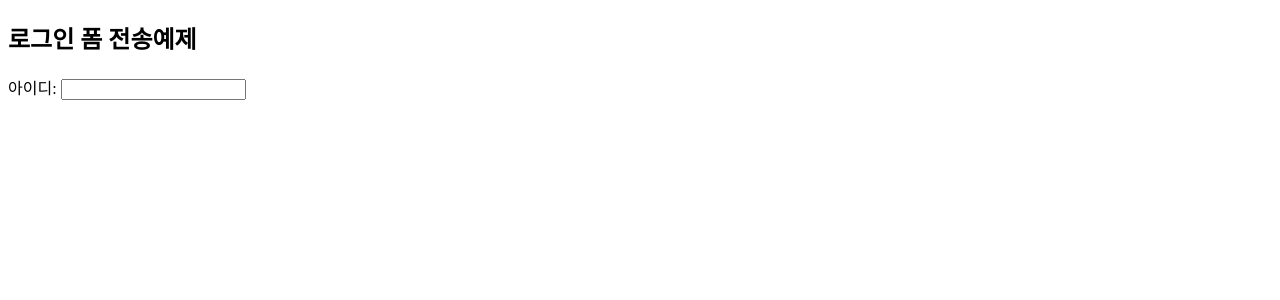
Repository: sieoh/2024html-
Page: http://localhost/jspweb_07/form_login.jsp
These files come from the project's save history. The page is drawn as it stood at one moment and after the next save; the edit follows.
The browser window is 1280 px wide. The pictures show the whole page.
The page is served by Tomcat 9. Other server files are loaded and not shown.

Above is the page before, as saved 2024-01-11 01:38:50.

### workspace_sts/jspweb_07/src/main/webapp/form_login.jsp
<%@ page language="java" contentType="text/html; charset=UTF-8"
    pageEncoding="UTF-8"%>
<!DOCTYPE html>
<html>
<head>
<meta charset="UTF-8">
<title>Insert title here</title>
</head>
<body>
	<h2>로그인 폼 전송예제</h2>
	<form action="pro_login.jsp" method="GET">
		<p>
			<label>아이디: </label>
			<input type="text" >
		</p>

	</form>
</body>
</html>

After the next save:
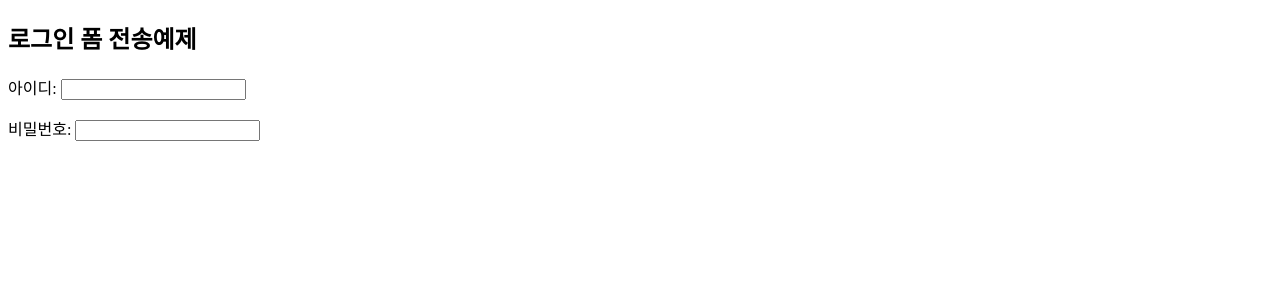
Saved 24 s later.
--- a/workspace_sts/jspweb_07/src/main/webapp/form_login.jsp
+++ b/workspace_sts/jspweb_07/src/main/webapp/form_login.jsp
@@ -11,9 +11,12 @@
 	<form action="pro_login.jsp" method="GET">
 		<p>
 			<label>아이디: </label>
-			<input type="text" >
+			<input type="text" name="id">
 		</p>
-
+		<p>
+			<label>비밀번호: </label>
+			<input type="pas" name="id">
+		</p>
 	</form>
 </body>
 </html>
